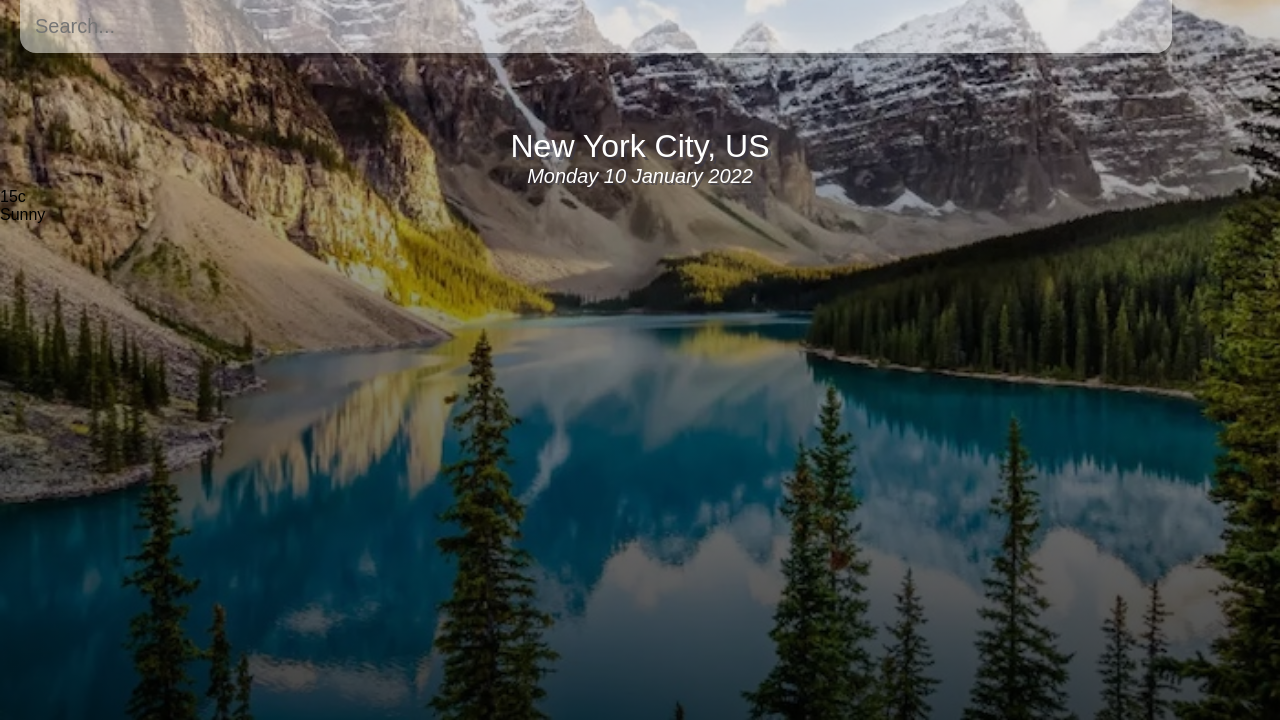
Repository: K-TT/WeatherApp
Page: /
An editor plug-in stored every save of this project. The page is shown before and after the next save, followed by the edit.
The browser window is 1280 px wide. The pictures show the whole page.
The project was rebuilt for these pictures with package versions that can differ from the ones it lists, and the page was loaded fresh each time.

Above is the page before, as saved 2022-01-13 23:37:32.

### src/index.css
* {
    margin: 0;
    padding: 0;
    box-sizing: border-box;
}

body {
    font-family: sans-serif;
}

.app {
    background-image: url(./assets/snowy_mountains.jpeg);
    background-size: cover;
    background-position: bottom;
    transition: 0.4 case-out;
    width: 100%;
}

.app.warm {
    background-image: url(./assets/summer_mountains.jpg);
}

main {
    min-height: 100vh;
    background-image: linear-gradient(to bottom, rgba(0, 0, 0, 0.2), rgba(0, 0, 0, 0.75))
}

.search-box {
    width: 100%;
    margin: 0px 0px 75px 0px;
}

.search-box .search-bar {
    display: block;
    width: 90%;
    padding: 15px;
    appearance: none;
    background: none;
    border: none;
    outline: none;
    background-color: rgba(255, 255, 255, 0.5);
    border-radius: 0px 0px 16px 16px;
    margin: 0px 20px 0px 20px;
    box-shadow: 0px 5px rgba(0, 0, 0, 0.2);
    color: #313131;
    font-size: 20px;
    transition: 0.4s ease;
}

.search-box .search-bar:focus {
    background-color: rgba(255, 255, 255, 0.75);
}

.location-box .location {
    color: #FFF;
    font-size: 32px;
    font-weight: 500;
    text-align: center;
    text-shadow: 3px 3px rgba(50, 50, 70, 0.5);
}

.location-box .date {
    color: #FFF;
    font-size: 20px;
    font-weight: 300;
    font-style: italic;
    text-align: center;
    text-shadow: 2px 2px rgba(50, 50, 70, 0.5);
}

.location-box .date {
    color: #FFF;
    font-size: 20px;
    font-weight: 300;
    font-style: italic;
    text-align: center;
    text-shadow: 2px 2px rgba(50, 50, 70, 0.5);
}

### src/App.js
import React from 'react';
const api = {
  key: "9820c5639a4f86f59ebb8b89ceffe3b0",
  base: "https://api.openweathermap.org/data/2.5/"
}

function App() {

  const dateBuilder = (d) => {
    let months = ["January", "February", "March", "April", "May",
      "June", "July", "August", "September", "October", "November", "December"];
    let days = ["Sunday", "Monday", "Tuesday", "Wednesday", "Thursday", "Friday", "Saturday"];
    let day = days[d.getDay()];
    let date = d.getDate();
    let month = months[d.getMonth()];
    let year = d.getFullYear();

    return `${day} ${date} ${month} ${year}`
  }

  return (
    <div className="app warm">
      <main>
        <div className="search-box">
          <input
            type="text"
            className="search-bar"
            placeholder="Search..."
          />
        </div>
        <div className="location-box">
          <div className="location">New York City, US</div>
          <div className="date">{ dateBuilder(new Date())}</div>
        </div>

        <div className="weather-box">
          <div className="temp">
            15c
          </div>
          <div className="weather">Sunny</div>
        </div>
      </main>
    </div>
    );
}

export default App;

Loaded but not shown: public/index.html (common file); src/index.js (common file); src/reportWebVitals.js (common file)

After the next save:
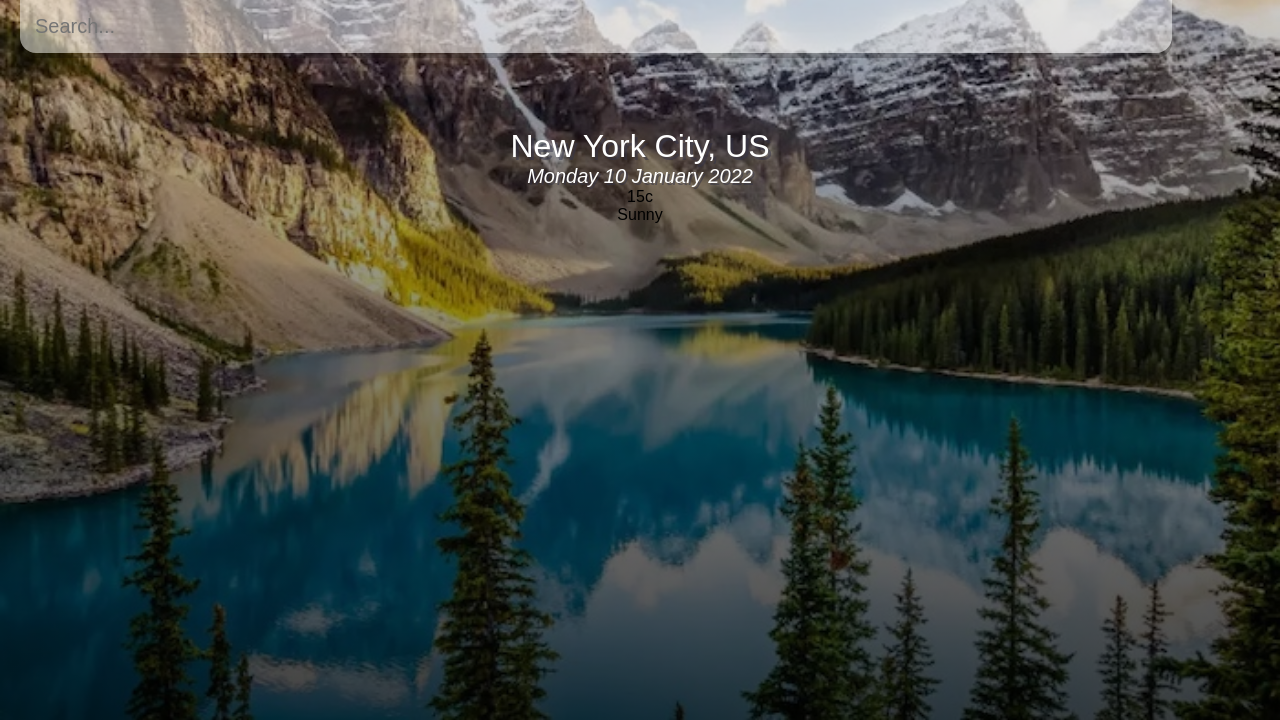
Saved 23 s later.
--- a/src/index.css
+++ b/src/index.css
@@ -68,6 +68,10 @@ main {
     text-shadow: 2px 2px rgba(50, 50, 70, 0.5);
 }
 
+.weather-box {
+    text-align: center;
+}
+
 .location-box .date {
     color: #FFF;
     font-size: 20px;
